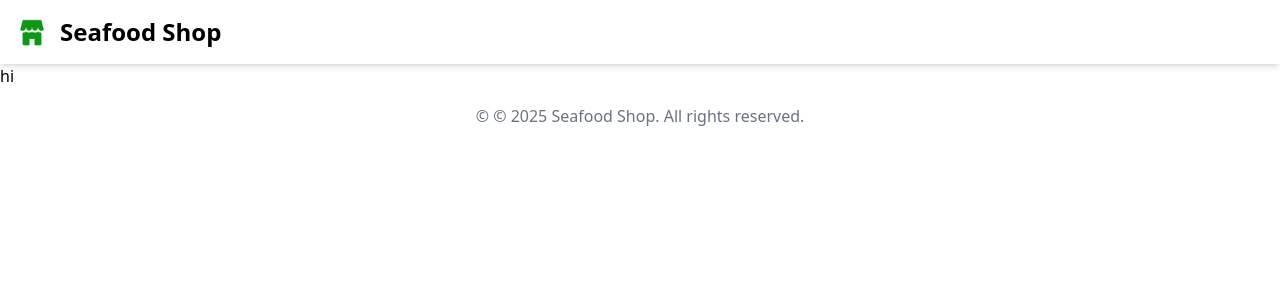
Repository: KongRucifer/SeaFood-Shop
Page: /
The author's editor kept a copy of each file at every save. The page is drawn from the files as they stood at one save, then again after a run of saves.
The browser window is 1280 px wide. The pictures show the whole page.
The project was rebuilt for these pictures with package versions that can differ from the ones it lists, and the page was loaded fresh each time. The framework's server and built-in components were replaced by stand-ins that run in the browser. Also part of the build but not shown: next.config.ts.

Above is the page before, as saved 2025-06-24 20:56:03.

After the next 5 saves:
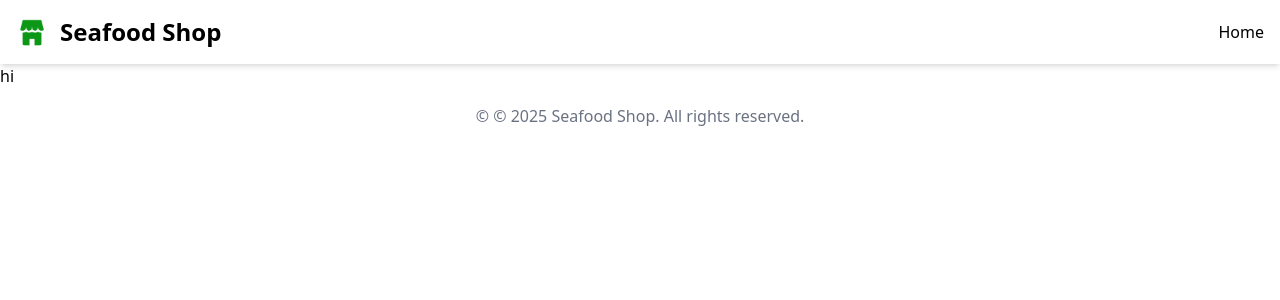
The 5 saves are shown as one change because they came seconds apart.
The last was saved 16 s later.
--- a/src/components/Navbar.tsx
+++ b/src/components/Navbar.tsx
@@ -14,7 +14,7 @@ export default function Navbar() {
           </span>
         </a>
         <div className="flex md:order-2">
-          <Link></Link>
+          <Link ><a href="">Home</a></Link>
         </div>
       </div>
     </nav>
